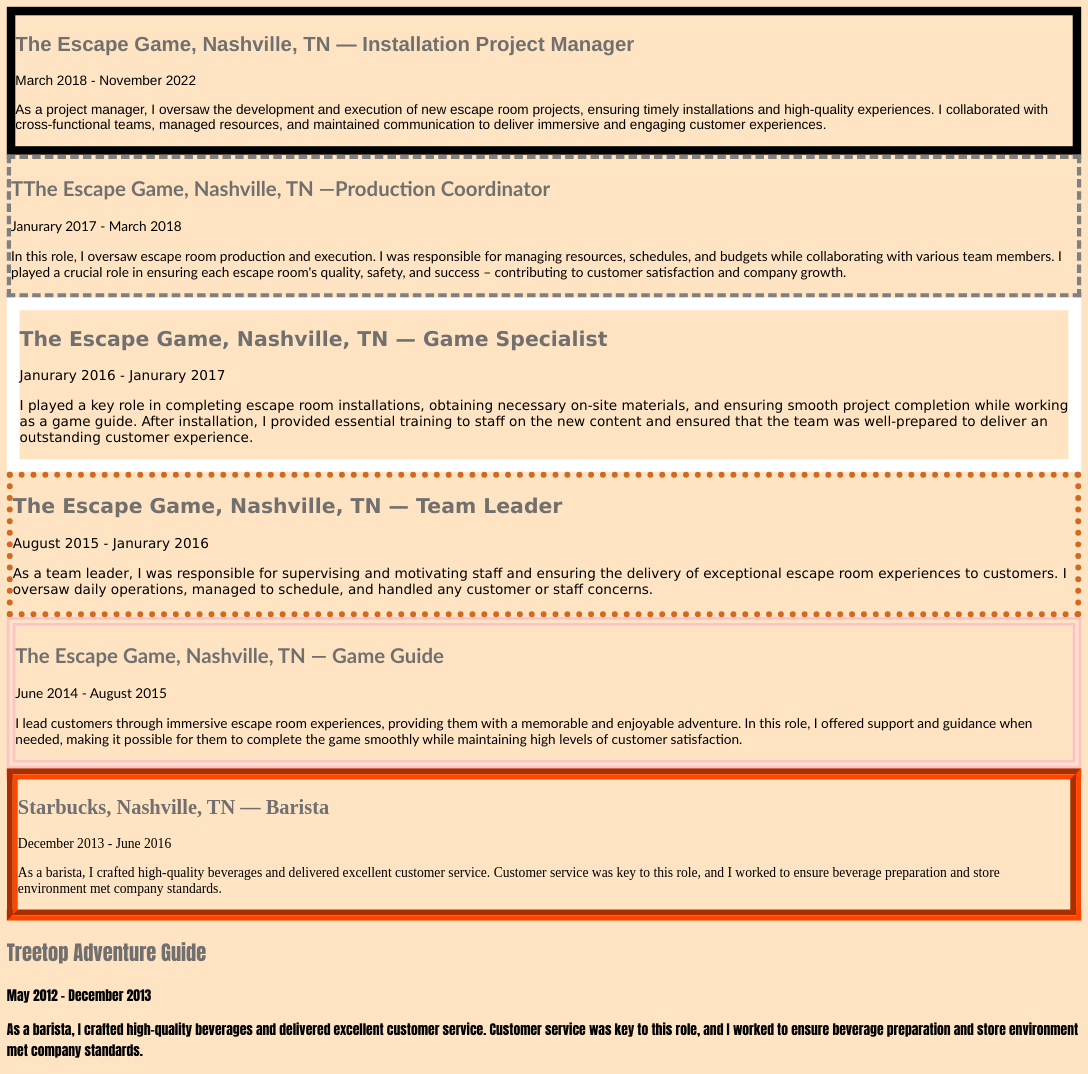
Repository: jgramirez0210/LAB-HTML-Resume
Page: index.html
These files come from the project's save history. The page is drawn as it stood at one moment and after the next save; the edit follows.
The browser window is 1280 px wide. The pictures show the whole page, at 85% of full size.

Above is the page before, as saved 2023-10-10 15:39:04.

### index.html
<!DOCTYPE html>
<html lang="en">
<head>
  <meta charset="UTF-8">
  <meta name="viewport" content="width=device-width, initial-scale=1.0">
  <title>Jesse's Work Experience</title>
  <link rel="stylesheet" href="main.css">
</head>
<body>
  <article id="job7">
    <h2>The Escape Game, Nashville, TN — Installation Project Manager </h2>
    <time datetime="2018-03" >March 2018</time> - <time datetime="2022-10" >November 2022</time></time>
    <p>As a project manager, I oversaw the development and execution of new escape room projects, ensuring timely installations and high-quality experiences. I collaborated with cross-functional teams, managed resources, and maintained communication to deliver immersive and engaging customer experiences.</p>
  </article>
  <article id="job6">
    <h2>TThe Escape Game, Nashville, TN —Production Coordinator</h2>
    <time datetime="2017-01" >Janurary 2017</time> - <time datetime="2018-3" >March 2018</time></time>
    <p>In this role, I oversaw escape room production and execution. I was responsible for managing resources, schedules, and budgets while collaborating with various team members. I played a crucial role in ensuring each escape room's quality, safety, and success – contributing to customer satisfaction and company growth.
    </p>
  </article>
  <article id="job5">
    <h2>The Escape Game, Nashville, TN — Game Specialist</h2>
    <time datetime="2016-01" >Janurary 2016</time> - <time datetime="2017-01" >Janurary 2017</time></time>
    <p>I played a key role in completing escape room installations, obtaining necessary on-site materials, and ensuring smooth project completion while working as a game guide. After installation, I provided essential training to staff on the new content and ensured that the team was well-prepared to deliver an outstanding customer experience.
    </p>
  </article>
  <article id="job4">
    <h2>The Escape Game, Nashville, TN — Team Leader</h2>
    <time datetime="2015-0" >August 2015</time> - <time datetime="2016-01" >Janurary 2016</time></time>
    <p>As a team leader, I was responsible for supervising and motivating staff and ensuring the delivery of exceptional escape room experiences to customers. I oversaw daily operations, managed to schedule, and handled any customer or staff concerns.
    </p>
  </article>
  <article id="job3">
    <h2>The Escape Game, Nashville, TN — Game Guide</h2>
    <time datetime="2014-06" >June 2014</time> - <time datetime="2015-08" >August 2015</time></time>
    <p>I lead customers through immersive escape room experiences, providing them with a memorable and enjoyable adventure. In this role, I offered support and guidance when needed, making it possible for them to complete the game smoothly while maintaining high levels of customer satisfaction.
    </p>
  </article>
  <article id="job2">
    <h2>Starbucks, Nashville, TN — Barista</h2>
    <time datetime="2013-12" >December 2013</time> - <time datetime="2014-06" >June 2016</time></time>
    <p>As a barista, I crafted high-quality beverages and delivered excellent customer service. Customer service was key to this role, and I worked to ensure beverage preparation and store environment met company standards.
    </p>
  </article>
  <article id="job1">
    <h2>Treetop Adventure Guide</h2>
    <time datetime="2012-05" >May 2012</time> - <time datetime="2013-12" >December 2013</time></time>
    <p>As a barista, I crafted high-quality beverages and delivered excellent customer service. Customer service was key to this role, and I worked to ensure beverage preparation and store environment met company standards.
    </p>
  </article>
  <script src="main.js"></script>
</body>
</html>

### main.css
#job7 {
  font-family:'Franklin Gothic Medium', 'Arial Narrow', Arial, sans-serif;
  border: 10px solid black;
}
#job6 {
  font-family:'Gill Sans', 'Gill Sans MT', Calibri, 'Trebuchet MS', sans-serif;
  border: 5px dashed gray;
}
#job5 {
  font-family:'Lucida Sans', 'Lucida Sans Regular', 'Lucida Grande', 'Lucida Sans Unicode', Geneva, Verdana, sans-serif;
  border: 15px solid white;
}
#job4 {
  font-family:Verdana, Geneva, Tahoma, sans-serif;
  border: 7px dotted chocolate;
}
#job3 {
  font-family:'Trebuchet MS', 'Lucida Sans Unicode', 'Lucida Grande', 'Lucida Sans', Arial, sans-ser;
  border: 10px double pink;
}
#job2 {
  font-family:'Times New Roman', Times, serif;
  border: 13px groove orangered;
}
#job1 {
  font-family:Impact, Haettenschweiler, 'Arial Narrow Bold', sans-serif;
  border: 1
}
h2 {
  color: #71706e;
}
body {
background-color: bisque;
}

Loaded but not shown: main.js (no stored copy; drawn as an empty file)

After the next save:
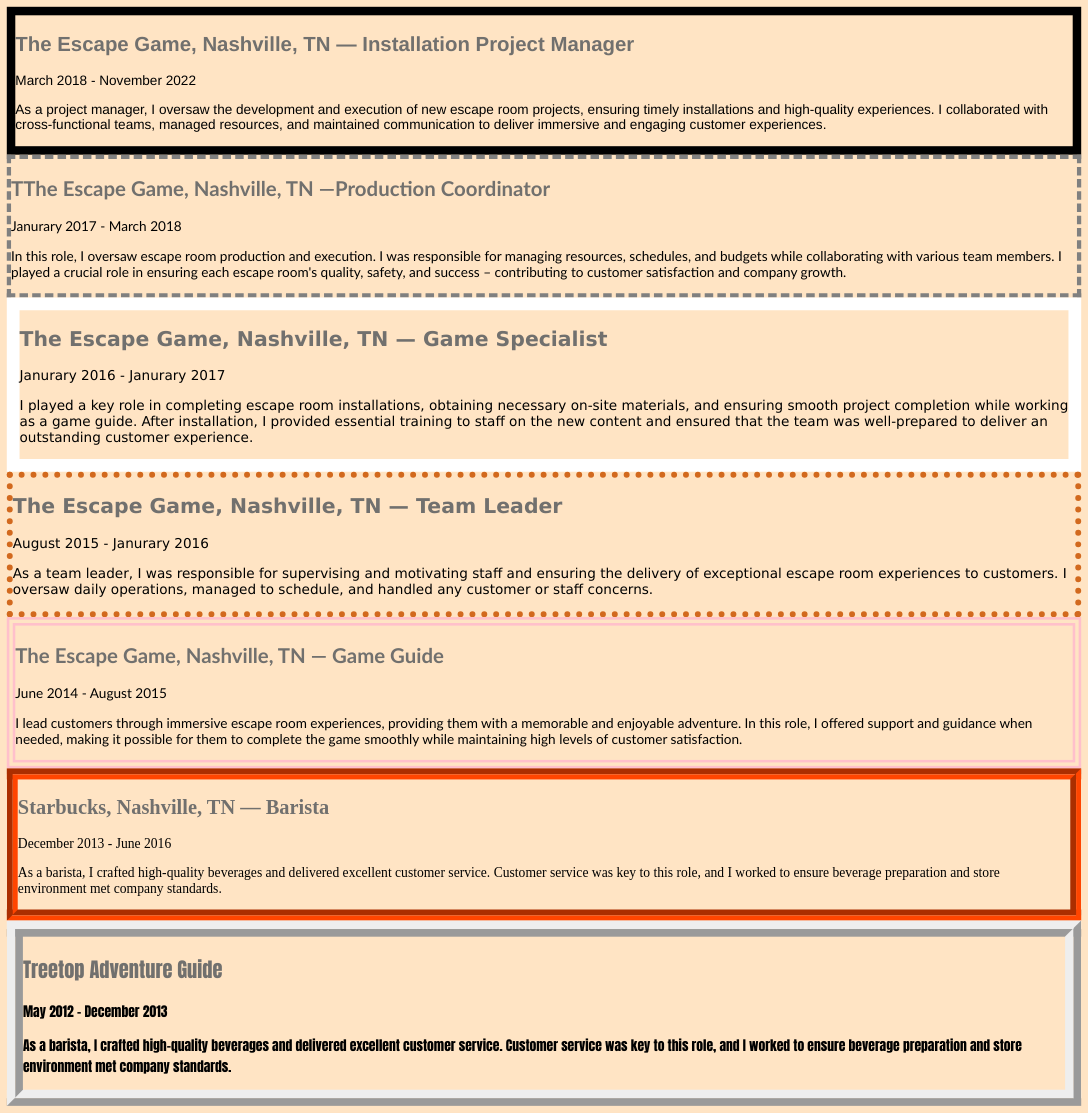
Saved 5 s later.
--- a/main.css
+++ b/main.css
@@ -24,7 +24,7 @@
 }
 #job1 {
   font-family:Impact, Haettenschweiler, 'Arial Narrow Bold', sans-serif;
-  border: 1
+  border: 19px ridge
 }
 h2 {
   color: #71706e;

After the save that followed:
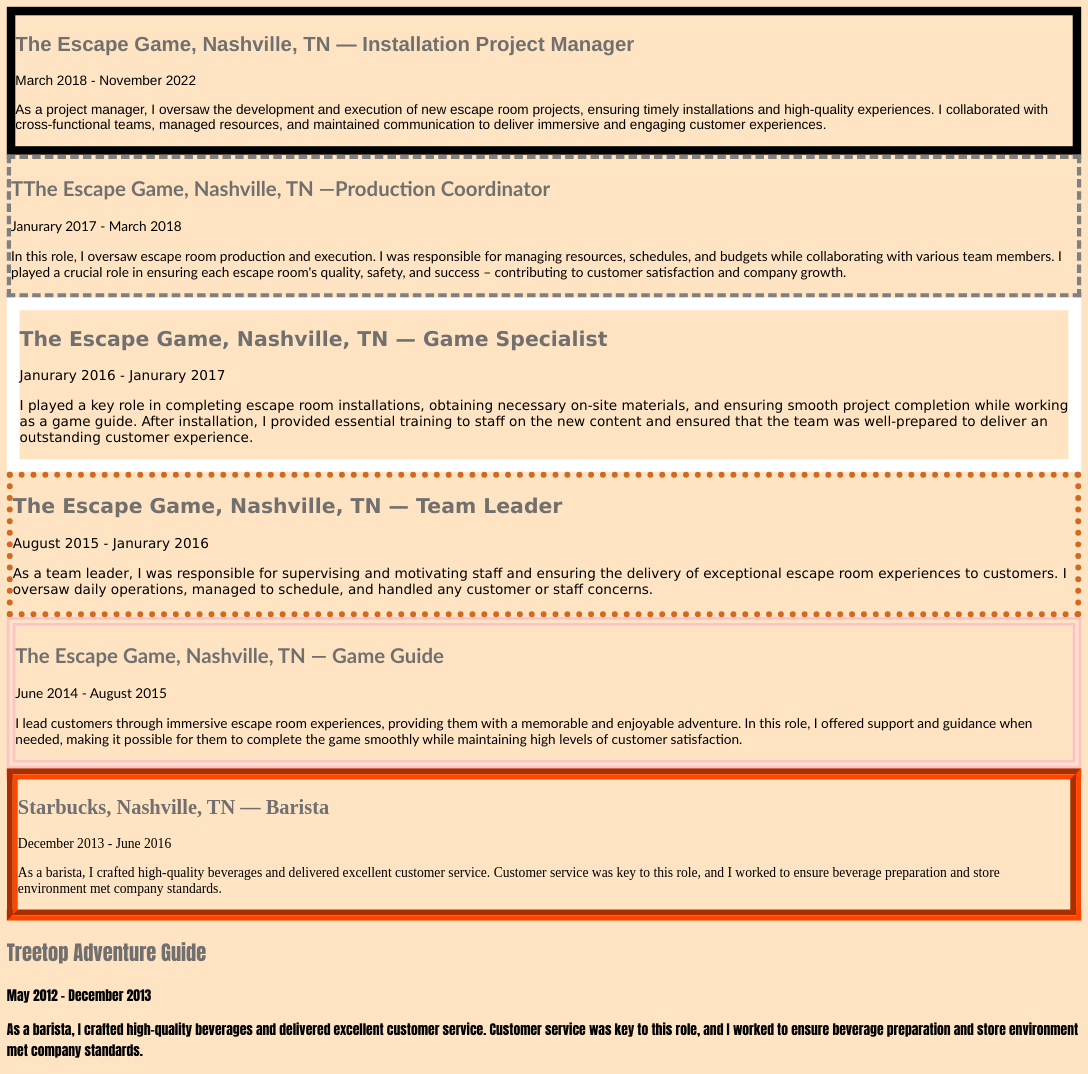
Saved 4 s later.
--- a/main.css
+++ b/main.css
@@ -24,7 +24,7 @@
 }
 #job1 {
   font-family:Impact, Haettenschweiler, 'Arial Narrow Bold', sans-serif;
-  border: 19px ridge
+  border: 19px ridge pur
 }
 h2 {
   color: #71706e;
